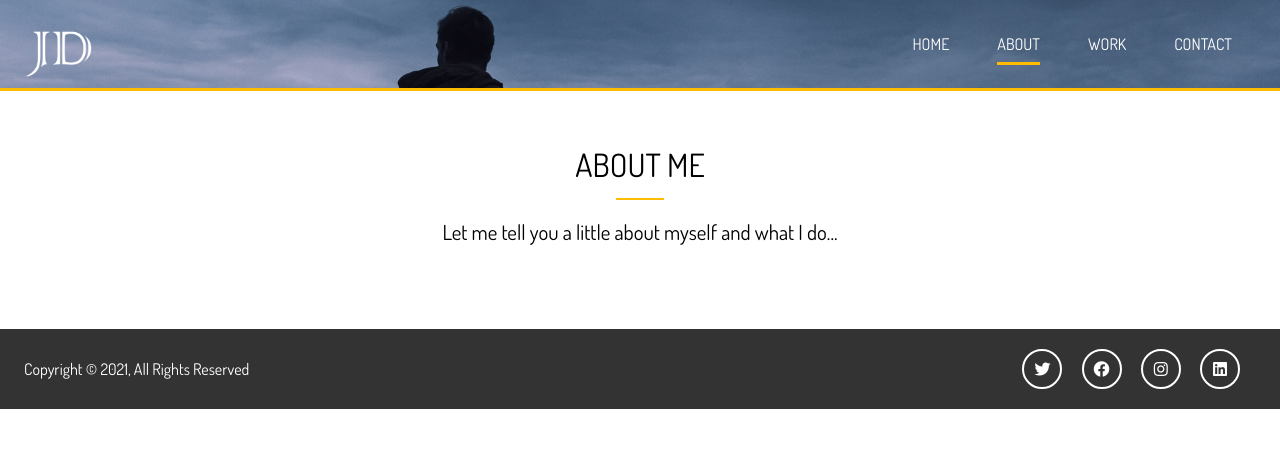
Repository: minhtien9/Portfolio_Website
Page: diet/about.html
The author's editor kept a copy of each file at every save. The page is drawn from the files as they stood at one save, then again after the next save.
The browser window is 1280 px wide. The pictures show the whole page.

Above is the page before, as saved 2021-08-29 10:40:07.

### diet/about.html
<!DOCTYPE html>
<html lang="en">
  <head>
    <meta charset="UTF-8" />
    <meta http-equiv="X-UA-Compatible" content="IE=edge" />
    <meta name="viewport" content="width=device-width, initial-scale=1.0" />
    <link
      rel="stylesheet"
      href="https://cdnjs.cloudflare.com/ajax/libs/font-awesome/5.15.4/css/all.min.css"
      integrity="sha512-1ycn6IcaQQ40/MKBW2W4Rhis/DbILU74C1vSrLJxCq57o941Ym01SwNsOMqvEBFlcgUa6xLiPY/NS5R+E6ztJQ=="
      crossorigin="anonymous"
      referrerpolicy="no-referrer"
    />
    <link
      href="https://fonts.googleapis.com/css2?family=Dosis&display=swap"
      rel="stylesheet"
    />
    <link rel="stylesheet" href="css/style.css" />
    <title>About Me || UI/UX Designer & Photographer</title>
  </head>
  <body>
    <!-- Header -->
    <header id="header-inner">
      <div class="container">
        <nav id="main-nav">
          <img src="img/logo.png" alt="My Portfolio" id="logo" />
          <ul>
            <li><a href="index.html">Home</a></li>
            <li><a href="about.html" class="current">About</a></li>
            <li><a href="work.html">Work</a></li>
            <li><a href="contact.html">Contact</a></li>
          </ul>
        </nav>
      </div>
    </header>
    <!-- Section A:Info -->
    <section id="about-a" class="text-center py-3">
      <div class="container">
        <h2 class="section-title">About Me</h2>
        <div class="bottom-line"></div>
        <p class="lead">
          Let me tell you a little about myself and what I do...
        </p>
      </div>
    </section>

    <!-- Footer -->
    <footer id="main-footer">
      <div class="footer-content container">
        <p>Copyright &copy; 2021, All Rights Reserved</p>
        <div class="social">
          <i class="fab fa-twitter"></i>
          <i class="fab fa-facebook"></i>
          <i class="fab fa-instagram"></i>
          <i class="fab fa-linkedin"></i>
        </div>
      </div>
    </footer>

    <!-- <script src="js/typewriter.js"></script> -->
  </body>
</html>

### diet/css/style.css
.container {
  max-width: 1280px;
  padding: 0 1.5rem;
  margin: auto;
  overflow: hidden;
}

.btn-dark, .btn-light, .btn-main {
  display: inline-block;
  padding: 0.8rem 2rem;
  transition: all 0.5s;
  border: none;
  cursor: pointer;
}

.btn-main {
  color: #333;
  background-color: #ffbc00;
}
.btn-light {
  color: #333;
  background-color: #f4f4f4;
}
.btn-dark {
  color: #f4f4f4;
  background-color: #333;
}

button[class^=btn-]:hover,
a[class^=btn-]:hover,
input[class^=btn-]:hover {
  background-color: #ffbc00;
}

.bg-main {
  background: #ffbc00;
  color: #fff;
}
.bg-dark {
  background: #333;
  color: #fff;
}
.bg-light {
  background: #f4f4f4;
  color: #000;
}
.bg-medium {
  background: #ccc;
  color: #000;
}

.lead {
  font-size: 1.3rem;
  margin-bottom: 2rem;
}

.text-center {
  text-align: center;
}

.py-1 {
  padding: 1rem 0;
}
.py-2 {
  padding: 2rem 0;
}
.py-3 {
  padding: 3rem 0;
}
.py-4 {
  padding: 4rem 0;
}

.ny-1 {
  margin: 1rem 0;
}
.ny-2 {
  margin: 2rem 0;
}
.ny-3 {
  margin: 3rem 0;
}
.ny-4 {
  margin: 4rem 0;
}

.section-title {
  font-size: 2rem;
  display: block;
  padding-bottom: 0.5rem;
  text-align: center;
  font-weight: 100;
  text-transform: uppercase;
}

.bottom-line {
  height: 2px;
  width: 3rem;
  background: #ffbc00;
  display: block;
  margin: 0 auto 1rem auto;
}

.items {
  display: grid;
  grid-template-columns: repeat(3, 1fr);
  box-shadow: 0 5px 10px 0 rgba(0, 0, 0, 0.3);
}

.item {
  position: relative;
  background: #ffbc00;
  overflow: hidden;
}
.item:after {
  content: "";
  position: absolute;
  display: block;
  background: inherit;
  opacity: 0.9;
  top: 0;
  left: 0;
  width: 100%;
  height: 100%;
  transform: scale(2) translateX(-75%) translateY(-75%) rotate(-28deg);
  transition: transform 3s cubic-bezier(0.2, 1, 0.3, 1);
}
.item:hover:after {
  transform: scale(2) translateX(0) translateY(0) rotate(-28deg);
}
.item:hover .item-image {
  transform: scale(1.2);
}
.item:hover .item-text {
  opacity: 1;
  transform: translateY(0);
}
.item-image {
  height: auto;
  transform: translateZ(0);
  display: block;
  transition: transform 750ms cubic-bezier(0.2, 1, 0.3, 1);
}
.item-image:before {
  content: "";
  display: block;
  padding-top: 75%;
  overflow: hidden;
}
.item-image img {
  position: absolute;
  top: 0;
  left: 0;
  width: 100%;
  height: auto;
  line-height: 0;
}
.item-text {
  position: absolute;
  top: 0;
  left: 0;
  bottom: 0;
  right: 0;
  opacity: 0;
  text-align: center;
  z-index: 1;
  color: #fff;
  transform: translateY(-20%);
  transition: opacity 500ms cubic-bezier(0.2, 1, 0.3, 1), transform 500ms cubic-bezier(0.2, 1, 0.3, 1);
  transition-delay: 300ms;
}
.item-text-wrap {
  position: absolute;
  width: 100%;
  top: 50%;
  transform: translateY(-50%);
}
.item-text-title {
  font-size: 2rem;
  padding: 0 1rem;
  margin: 5px 0 0 0;
}
.item-text-category {
  text-transform: uppercase;
  font-size: 1.2rem;
  opacity: 0.7;
  margin: 0;
}

* {
  margin: 0;
  padding: 0;
}

body {
  font-family: "Dosis", sans-serif;
  line-height: 1.6;
  background: #fff;
}

a {
  text-decoration: none;
  color: #333;
}

ul {
  list-style: none;
}

h2,
h3,
h4 {
  text-transform: uppercase;
}

img {
  width: 100%;
}

#logo {
  width: 70px;
  height: 70px;
  color: #fff;
  text-transform: uppercase;
}

#main-nav {
  display: flex;
  justify-content: space-between;
  padding-top: 1rem;
}
#main-nav ul {
  display: flex;
}
#main-nav li {
  padding: 1rem 1.5rem;
}
#main-nav a {
  text-decoration: none;
  color: #fff;
  text-transform: uppercase;
  border-bottom: 3px transparent solid;
  padding-bottom: 0.5rem;
  transition: border-color 0.5s;
}
#main-nav a:hover {
  border-color: #ccc;
}
#main-nav a.current {
  border-color: #ffbc00;
}

#header-home {
  background: url("../img/showcase.jpg") no-repeat center right/cover;
  height: 100vh;
  color: #fff;
}
#header-home .header-content {
  text-align: center;
  padding-top: 20%;
}
#header-home .header-content h1 {
  font-size: 4rem;
  line-height: 1.2;
}
#header-inner {
  background: url("../img/showcase.jpg") no-repeat 20% 30%/cover;
  height: 5.5rem;
  border-bottom: 3px solid #ffbc00;
}

#home-a .specials {
  margin-top: 3rem;
  display: grid;
  grid-gap: 1rem;
  grid-template-columns: repeat(4, 1fr);
}
#home-a .specials .fas {
  color: #ffbc00;
  padding-bottom: 0.4rem;
}
#home-b .stats {
  display: grid;
  grid-template-columns: repeat(4, 1fr);
}
#home-b .stats li {
  line-height: 2;
}
#home-b .stats li.stats-title {
  font-size: 1.5rem;
}
#home-b .stats li.stats-number {
  font-size: 2rem;
  font-weight: bold;
}
#home-b .stats div {
  padding: 3rem 0;
}
#home-b .stats div:nth-child(odd) {
  background: #f4f4f4;
}
#home-b .stats div:nth-child(even) {
  background: #ccc;
}
#home-c .process {
  display: grid;
  grid-template-columns: repeat(4, 1fr);
  grid-gap: 1.5rem;
  text-align: center;
}
#home-c .process-step {
  position: absolute;
  top: 0;
  right: 0;
  font-size: 28px;
  background: #ffbc00;
  color: #fff;
  border-radius: 50%;
  height: 15px;
  width: 15px;
  line-height: 15px;
  padding: 1rem;
  transition: all 1s;
}
#home-c .process-icon {
  border-radius: 50%;
  background: #333;
  color: #fff;
  padding: 2rem;
  width: 70px;
  height: 70px;
  line-height: 70px;
  text-align: center;
  position: relative;
  transition: all 1s;
}
#home-c .process-icon:hover {
  background: #ffbc00;
  width: 90px;
  height: 90px;
  line-height: 90px;
}
#home-c .process-icon:hover .process-step {
  background: #333;
  color: #fff;
}

#about-a .about-info {
  display: grid;
  grid-template-areas: "bioimage bio bio" "aw1 aw2 aw3";
  grid-gap: 1.2rem;
}
#about-a .bio-image {
  grid-area: bioimage;
}
#about-a .bio {
  grid-area: bio;
  border-left: 3px solid #ffbc00;
  padding: 0.8rem;
}
#about-a .award-1 {
  grid-area: aw1;
}
#about-a .award-2 {
  grid-area: aw2;
}
#about-a .award-3 {
  grid-area: aw3;
}
#about-a .award-1 .fas,
#about-a .award-2 .fas,
#about-a .award-3 .fas {
  color: #ffbc00;
  margin: 1rem;
}
#about-b .progress {
  overflow: hidden;
  height: 20px;
  background: #ccc;
  border-radius: 5px;
  margin-bottom: 0.6rem;
}
#about-b .progress div {
  height: 100%;
  color: #fff;
  text-align: center;
  background: #ffbc00;
}
#about-c .about-logos {
  display: grid;
  grid-template-columns: repeat(4, 1fr);
  grid-gap: 2rem;
}
#about-c .about-logos img {
  width: 70%;
}
#about-d .testimonials {
  display: grid;
  grid-template-columns: repeat(4, 1fr);
  grid-gap: 0.5rem;
}
#about-d .testimonials ul {
  list-style: none;
  margin-top: 1rem;
  display: flex;
  align-items: center;
}
#about-d .testimonials p {
  border: 1px solid #ccc;
  border-radius: 5px;
  padding: 0.5rem;
}
#about-d .testimonials img {
  width: 50px;
  height: 50px;
  border-radius: 50%;
  margin-right: 0.5rem;
}

#contact-a .text-fields {
  display: grid;
  grid-template-areas: "name email" "subject phone" "message message";
  grid-gap: 1.2rem;
  margin-bottom: 1.2rem;
}
#contact-a .text-fields .name-input {
  grid-area: name;
}
#contact-a .text-fields .subject-input {
  grid-area: subject;
}
#contact-a .text-fields .email-input {
  grid-area: email;
}
#contact-a .text-fields .phone-input {
  grid-area: phone;
}
#contact-a .text-fields .message-input {
  grid-area: message;
  height: 100px;
}
#contact-a .text-fields .text-input {
  padding: 0.5rem 1rem;
}
#contact-a button[type=submit] {
  width: 50%;
}
#contact-b .contact-info {
  display: grid;
  grid-template-columns: repeat(3, 1fr);
  text-align: center;
}
#contact-c h1 {
  text-align: center;
  font-size: 4rem;
}

#main-footer {
  background: #333;
  color: #fff;
  height: 5rem;
}
#main-footer .footer-content {
  display: flex;
  justify-content: space-between;
  height: 5rem;
  align-items: center;
}
#main-footer .footer-content .social .fab {
  margin-right: 1rem;
  border: 2px solid #fff;
  border-radius: 50%;
  height: 20px;
  width: 20px;
  line-height: 20px;
  text-align: center;
  padding: 0.5rem;
}
#main-footer .footer-content .social .fab:hover {
  background: #ffbc00;
  cursor: pointer;
}

@media (max-width: 800px) {
  #header-home {
    height: 30rem;
  }
  #header-home .header-content {
    padding-top: 5rem;
  }
}
@media (max-width: 500px) {
  #main-nav {
    flex-direction: column;
    align-items: center;
  }
  #main-nav li {
    padding: 1rem;
  }

  #header-home {
    height: 10rem;
    border-bottom: 3px solid #ffbc00;
    background-position: 20% 30%;
  }
  #header-home .header-content {
    display: none;
  }
  #header-inner {
    height: 10rem;
  }

  #home-a .specials,
#home-b .stats,
#home-c .process,
#about-d .testimonials,
#contact-b .contact-info,
.items {
    grid-template-columns: 1fr;
  }

  #home-a .specials div {
    border-bottom: 1px #f4f4f4 solid;
    padding-bottom: 1rem;
  }
  #home-a .specials div:last-child {
    border: none;
    padding-bottom: 0;
  }
  #home-b .stats div {
    padding: 2rem 0 1rem 0;
  }

  #about-a .about-info {
    grid-template-areas: "bioimage" "bio" "aw1" "aw2" "aw3";
  }
  #about-c {
    display: none;
  }

  #contact-a .text-fields {
    grid-template-areas: "name" "subject" "email" "phone" "message";
  }
  #contact-b div {
    margin-bottom: 1rem;
    padding-bottom: 1rem;
    border-bottom: 1px solid #555;
  }
  #contact-b div:last-child {
    border: none;
    margin-bottom: 0;
    padding-bottom: 0;
  }
  #contact-c h1 {
    font-size: 2rem;
  }

  #main-footer {
    height: 7rem;
  }
  #main-footer .footer-content {
    flex-direction: column;
    padding: 1rem;
    height: 5rem;
  }
}
@media (max-height: 580px) {
  #header-home .header-content {
    padding-top: 3rem;
  }
}
@media (max-height: 330px) {
  #header-home .header-content h1 {
    font-size: 2rem;
  }
}

/*# sourceMappingURL=style.css.map */

After the next save:
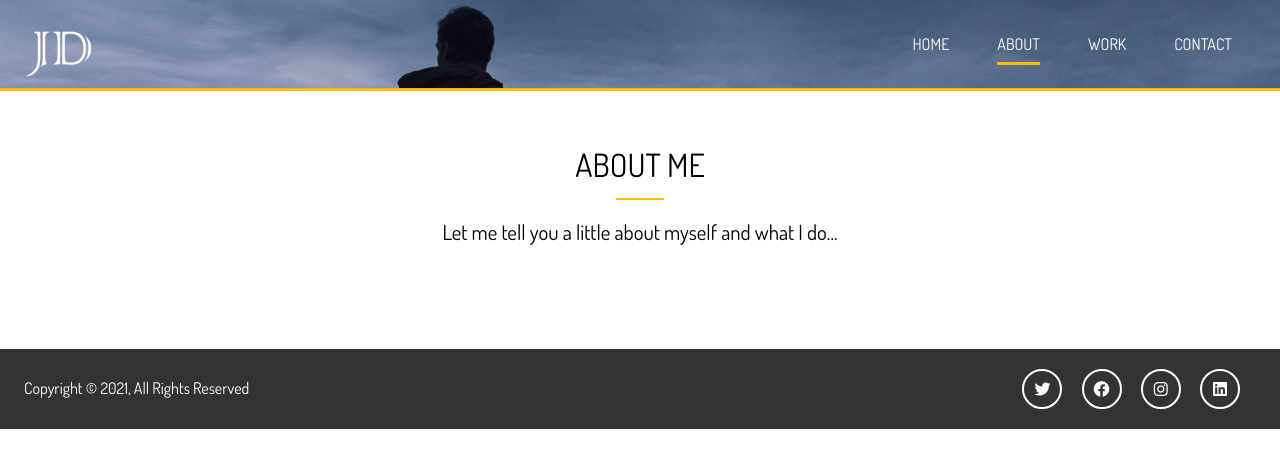
Saved 28 s later.
--- a/diet/about.html
+++ b/diet/about.html
@@ -41,6 +41,9 @@
         <p class="lead">
           Let me tell you a little about myself and what I do...
         </p>
+        <div class="about-info">
+          <img src="" alt="" class="bio-image" />
+        </div>
       </div>
     </section>
 
